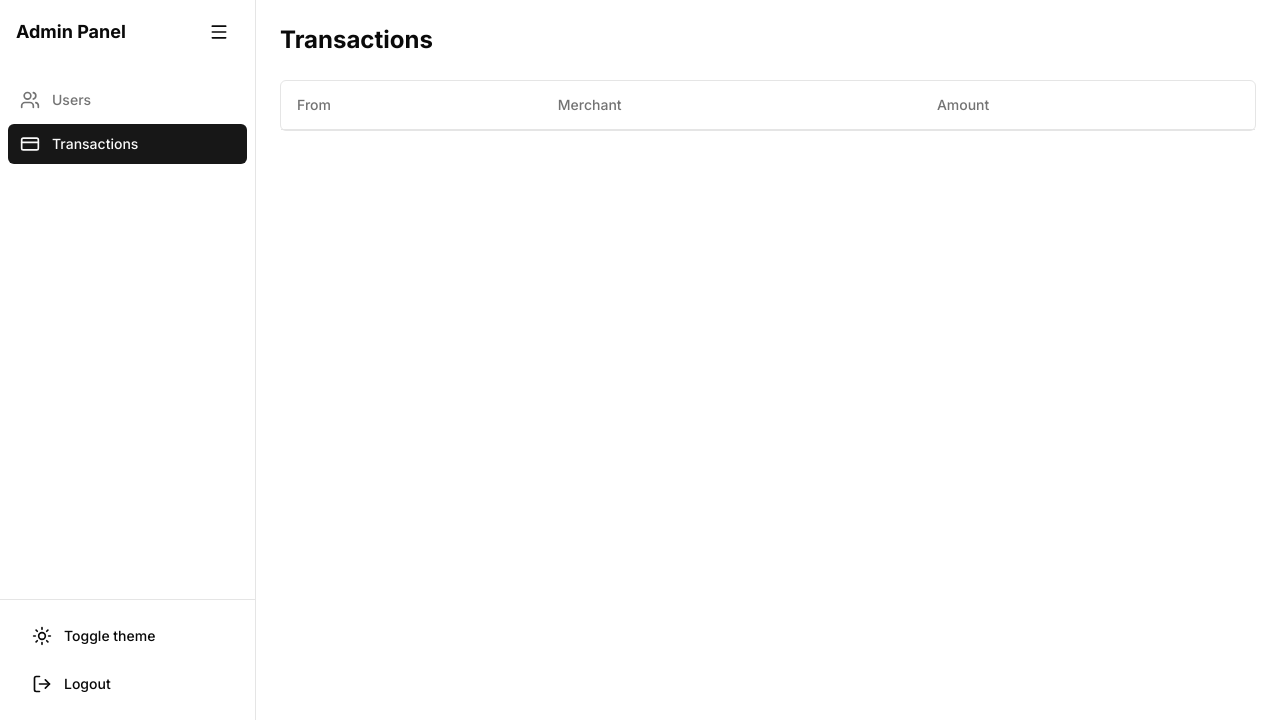
Repository: sahibjotsingh05/unicrypt
Page: /dashboard/transactions (app in web-server/admin_server/)
An editor plug-in stored every save of this project. The page is shown before and after the next save, followed by the edit.
The browser window is 1280 px wide. The pictures show the whole page.
The page's requests for data from a server got no answer. The project was rebuilt for these pictures with package versions that can differ from the ones it lists, and the page was loaded fresh each time. The framework's server and built-in components were replaced by stand-ins that run in the browser. No one was signed in, and anything a server would have sent is missing. Also part of the build but not shown: web-server/admin_server/next.config.js.

Above is the page before, as saved 2025-02-17 01:54:25.

After the next save:
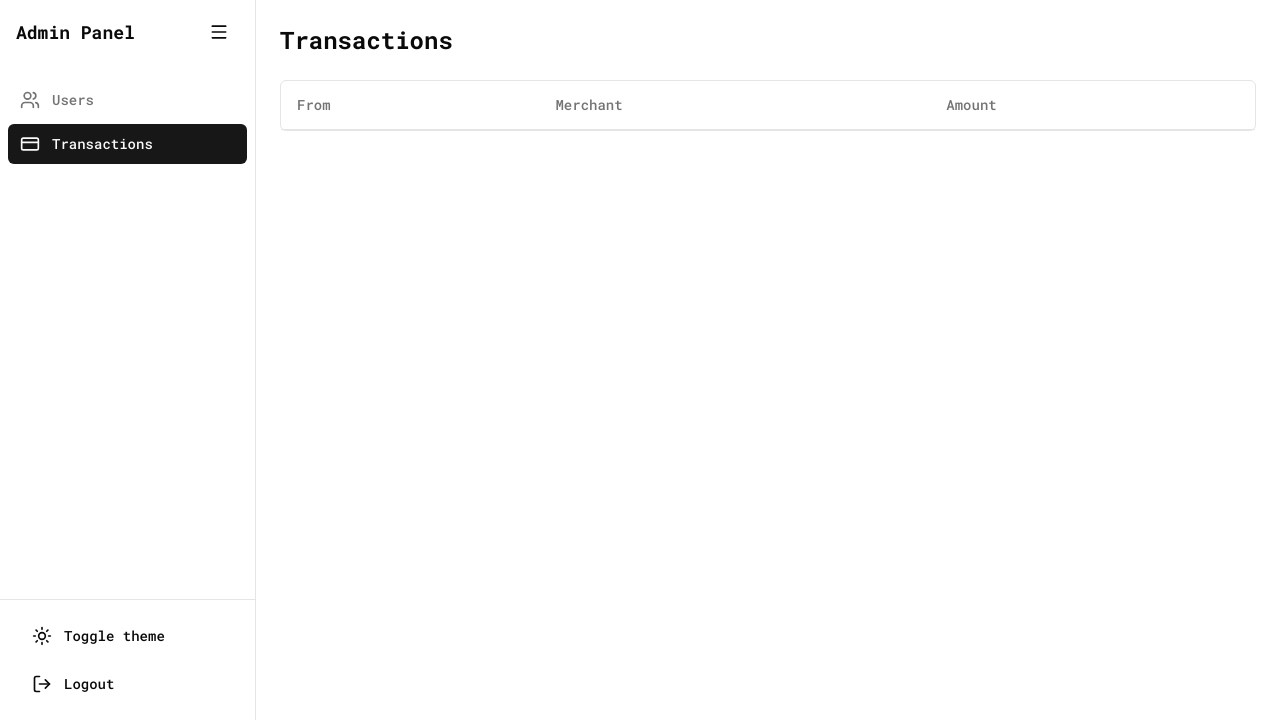
Saved 79 s later.
--- a/web-server/admin_server/app/layout.tsx
+++ b/web-server/admin_server/app/layout.tsx
@@ -1,11 +1,14 @@
 "use client";
 
 import "./globals.css";
-import { Inter } from "next/font/google";
+import { Roboto_Mono } from "next/font/google";
 import { ThemeProvider } from "next-themes";
 import { Toaster } from "react-hot-toast";
 
-const inter = Inter({ subsets: ["latin"] });
+const robotoMono = Roboto_Mono({
+	subsets: ["latin"],
+	display: "swap",
+});
 
 export default function RootLayout({
 	children,
@@ -14,7 +17,7 @@ export default function RootLayout({
 }) {
 	return (
 		<html lang="en" suppressHydrationWarning>
-			<body className={inter.className}>
+			<body className={robotoMono.className}>
 				<ThemeProvider attribute="class" defaultTheme="system" enableSystem>
 					{children}
 					<Toaster />
